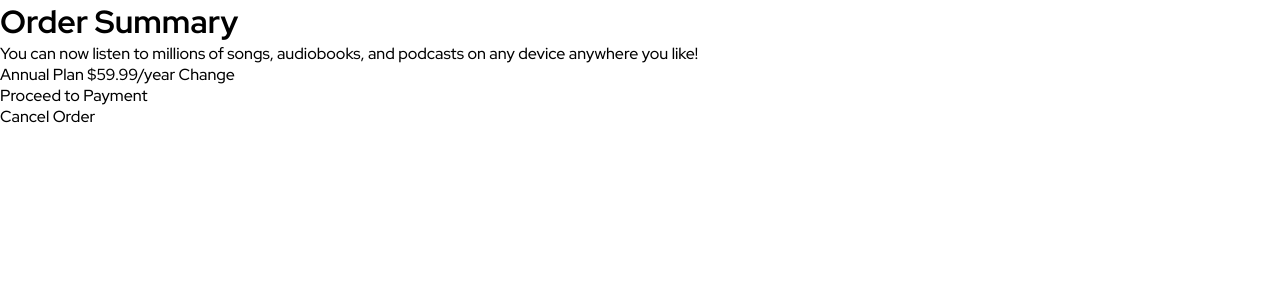
Repository: Angelina555555/lekce_05
Page: cviceni/index.html
These files come from the project's save history. The page is drawn as it stood at one moment and after the next save; the edit follows.
The browser window is 1280 px wide. The pictures show the whole page.

Above is the page before, as saved 2021-10-26 18:52:24.

After the next save:
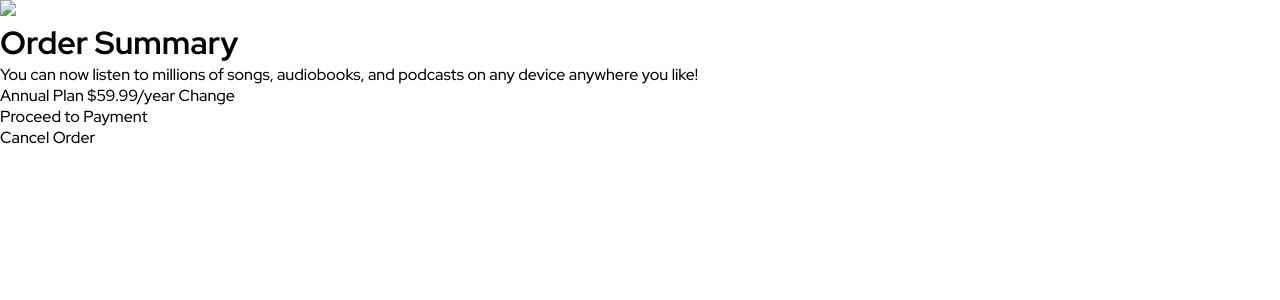
Not found: cviceni/img/icon-music.svg
Saved 3 min 48 s later.
--- a/cviceni/index.html
+++ b/cviceni/index.html
@@ -14,6 +14,8 @@
   </head>
   <body>
     <header>
+      <img
+      src="img/icon-music.svg">
       <h1>Order Summary</h1>
     </header>
 
